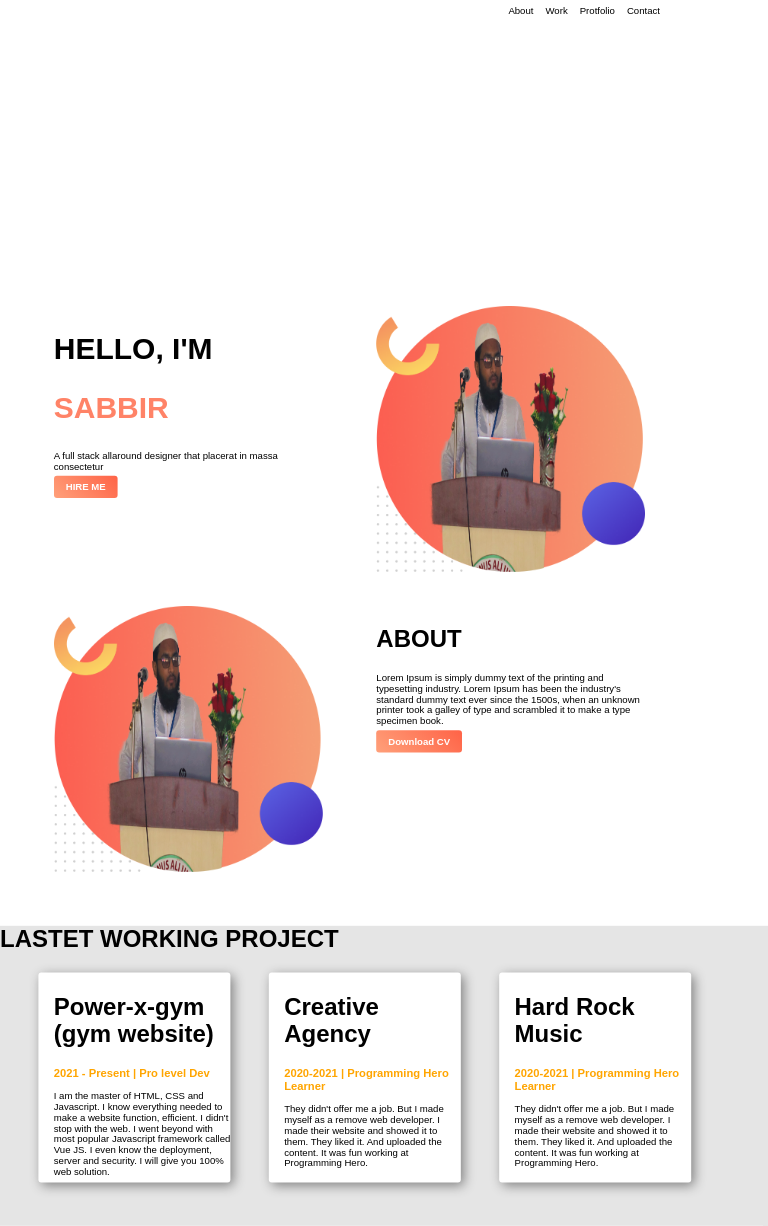
Repository: sabbircse3/personal-website
Page: index.html
An editor plug-in stored every save of this project. The page is shown before and after a run of saves, followed by the edit.
The browser window is 1280 px wide. The pictures show the whole page, at 60% of full size.

Above is the page before, as saved 2021-01-06 00:32:24.

### index.html
<!DOCTYPE html>
<html lang="en">
<head>
    <title>personal-website</title>
    <link rel="preconnect" href="https://fonts.gstatic.com">
    <link href="https://fonts.googleapis.com/css2?family=Montserrat&display=swap" rel="stylesheet">
    <link rel="stylesheet" href="style.css">
</head>
<body>

    <section>
        <div>
            <ul id="menu">
                <li><a href="#">Contact</a></li>
                <li><a href="#">Protfolio</a></li>
                <li><a href="#">Work</a></li>
                <li><a href="#">About</a></li>
            </ul>
        </div>
    </section>

    <section class="top-banner">
        <div class="half-width">
            <h1>HELLO, I'M</h1>
            <h1> <span class="name-highlight">SABBIR</span></h1>
            <p>A full stack allaround designer that placerat in massa consectetur</p>
            <a class="link-button" target="_blank" href="https://www.linkedin.com/company/programminghero/">HIRE ME</a>
        </div>

        <div class="half-width">
            <img src="images/sabbir1.png" alt="">
        </div>
    </section>

    <section class="about">
        <div class="half-width">
            <img src="images/sabbir1.png" alt="">
        </div>

        <div class="half-width">
            <h2> ABOUT</h2>
            <p>Lorem Ipsum is simply dummy text of the printing and typesetting industry. Lorem Ipsum has been the industry's standard dummy text ever since the 1500s, when an unknown printer took a galley of type and scrambled it to make a type specimen book.</p>
            <a class="link-button" target="_blank" href="https://www.linkedin.com/company/programminghero/">Download CV</a>
        </div>

    </section>

    <section class="experience-area">
        <h2>LASTET WORKING PROJECT</h2>
        <div id="full-stack" class="half-width single-experience">
            <h2>Power-x-gym (gym website)</h2>
            <h3 class="orange-highlight">2021 - Present | Pro level Dev</h3>
            <p>I am the master of HTML, CSS and Javascript. I know everything needed to make a website function, efficient. I didn't stop with the web. I went beyond with most popular Javascript framework called Vue JS. I even know the deployment, server and security. I will give you 100% web solution.</p>

        </div>

        <div id="baby-web" class="half-width single-experience">
            <h2>Creative Agency</h2>
            <h3 class="orange-highlight">2020-2021 | Programming Hero Learner</h3>
            <p>They didn't offer me a job. But I made myself as a remove web developer. I made their website and showed it to them. They liked it. And uploaded the content. It was fun working at Programming Hero.</p>

        </div>

        <div id="baby-web" class="half-width single-experience">
            <h2>Hard Rock Music</h2>
            <h3 class="orange-highlight">2020-2021 | Programming Hero Learner</h3>
            <p>They didn't offer me a job. But I made myself as a remove web developer. I made their website and showed it to them. They liked it. And uploaded the content. It was fun working at Programming Hero.</p>

        </div>



    </section>

</body>
</html>

### style.css
body{
    font-family: sans-serif;
    margin: 0px;
}
#menu{
	list-style-type:none;
	width:900px;
	margin:10px auto;
}
#menu li{
	float:right;
}
#menu li a{
	color:black;
	text-decoration:none;
	padding:5px 10px;

}

h1{
    font-size: 50px;
}
h2{
    font-size: 40px;
}
.name-highlight{
    color: #FF8367;
}
.top-banner{
	height: -400px;
	width: ;
}
.half-width{
    width: 35%;
    float: left;
    margin-left: 5%;
    padding-left: 2%;
}
.half-width img{
    width: 100%;
}

section{
    height: 500px;
}
.link-button{
    text-decoration: none;
    background-image: linear-gradient(45deg, lightSalmon, tomato);
    padding: 10px 20px;
    border-radius: 5px;
    color: white;
    font-weight: 700;
}
.experience-area{
    background-color: #E5E5E5;
    background-position: left;
}
.orange-highlight{
    color: orange;
}
.single-experience{
    box-shadow: 5px 5px 20px gray;
    border-radius: 5px;
	height: 70%;
	width: 23%;
}
#full-stack{
    background-color: white;
}
#baby-web{
	background-color: white;
}
footer p{
    text-align: center;
    font-size: 12px;
}

After the next 6 saves:
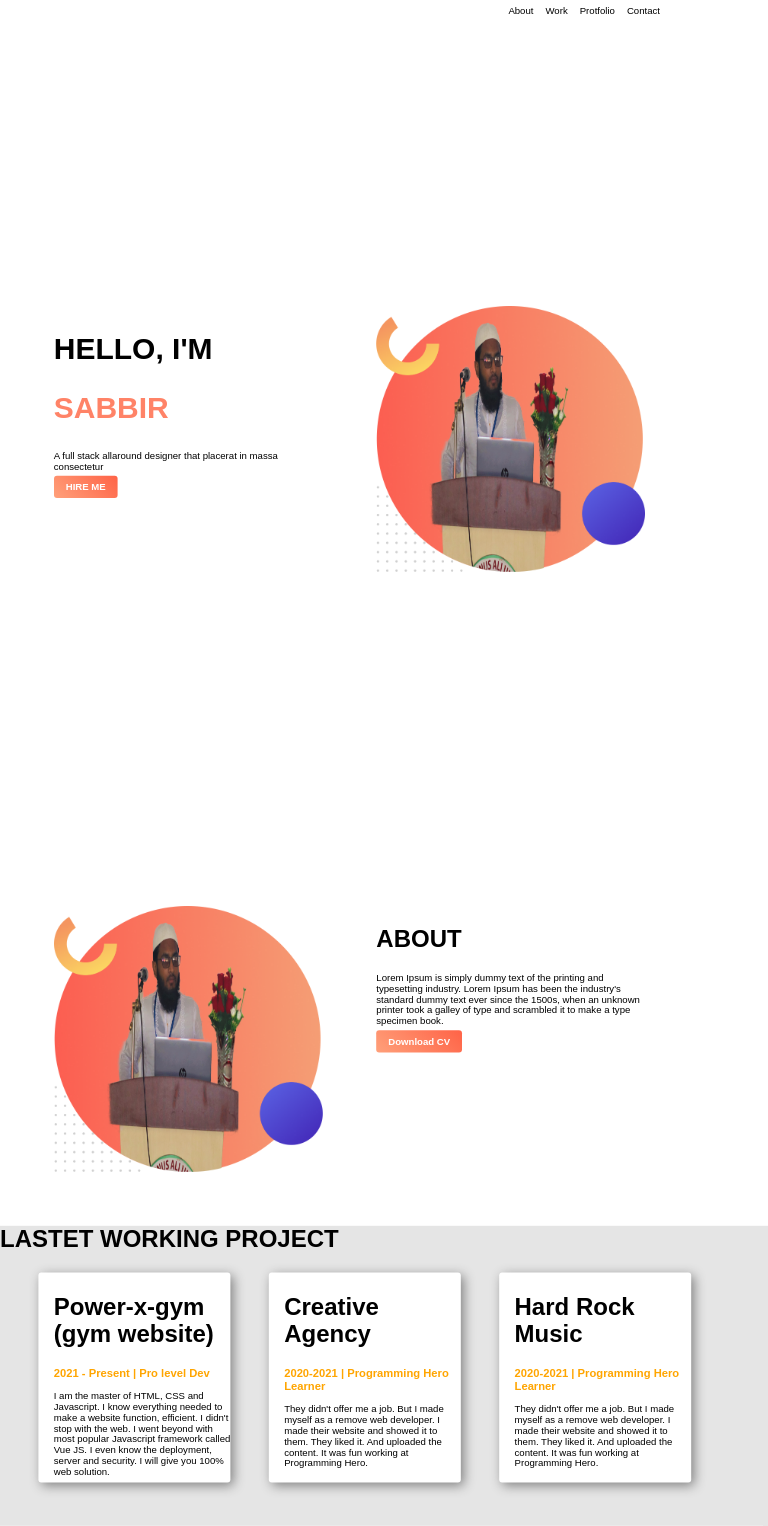
The 6 saves are shown as one change because they came seconds apart.
The last was saved 15 s later.
--- a/style.css
+++ b/style.css
@@ -27,7 +27,7 @@
     color: #FF8367;
 }
 .top-banner{
-	height: -400px;
+	height: 1000px;
 	width: ;
 }
 .half-width{

After the 2 saves that followed:
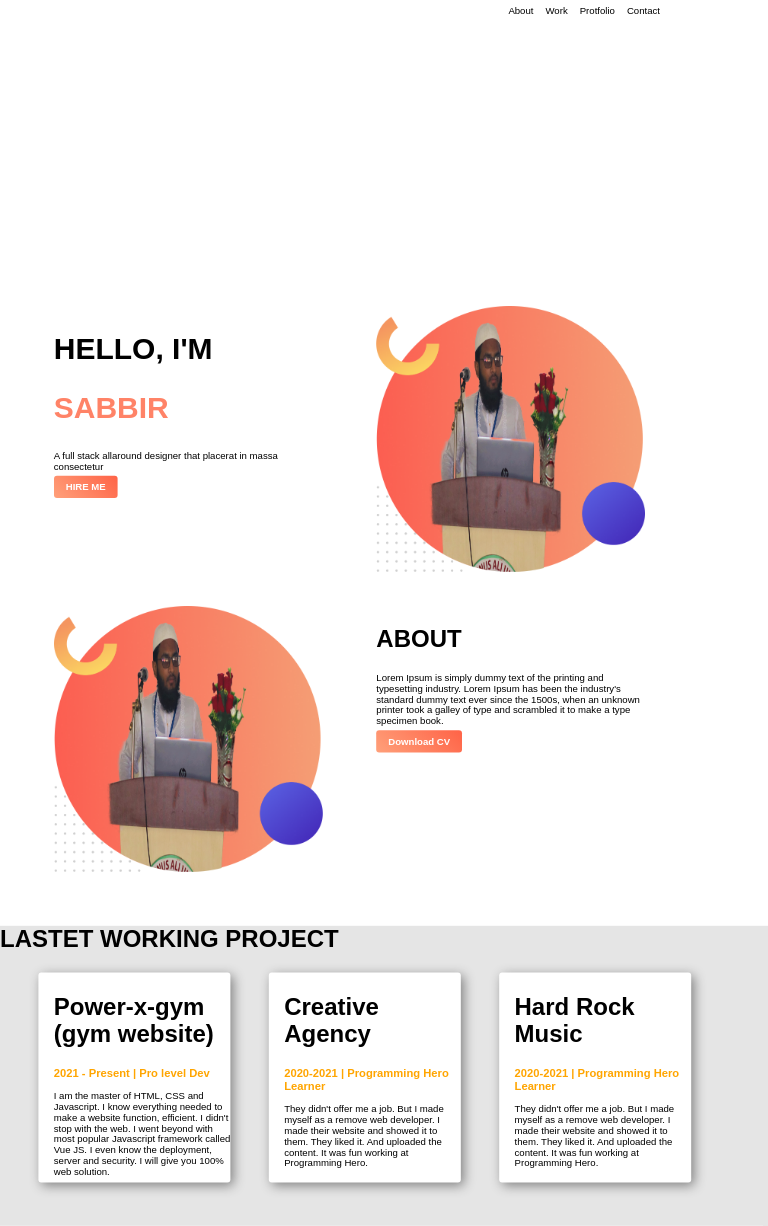
The 2 saves are shown as one change because they came seconds apart.
The last was saved 14 s later.
--- a/style.css
+++ b/style.css
@@ -27,8 +27,7 @@
     color: #FF8367;
 }
 .top-banner{
-	height: 1000px;
-	width: ;
+
 }
 .half-width{
     width: 35%;
